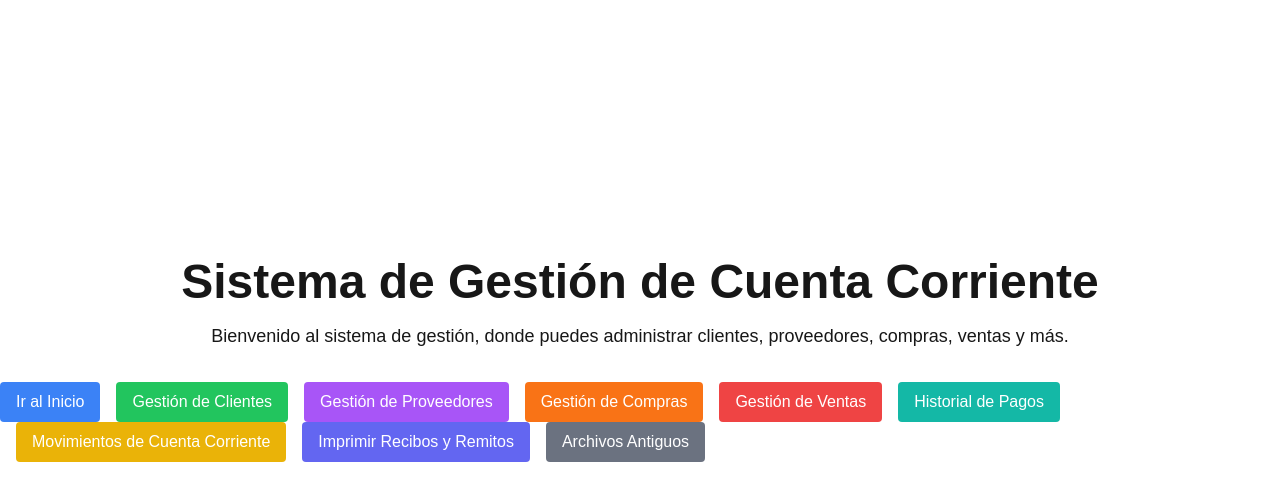
Repository: manucavallera/Sistema-Gestion
Page: /
The author's editor kept a copy of each file at every save. The page is drawn from the files as they stood at one save, then again after the next save.
The browser window is 1280 px wide. The pictures show the whole page.
The project was rebuilt for these pictures with package versions that can differ from the ones it lists, and the page was loaded fresh each time. The framework's server and built-in components were replaced by stand-ins that run in the browser. Also part of the build but not shown: next.config.mjs.

Above is the page before, as saved 2024-11-13 19:34:25.

After the next save:
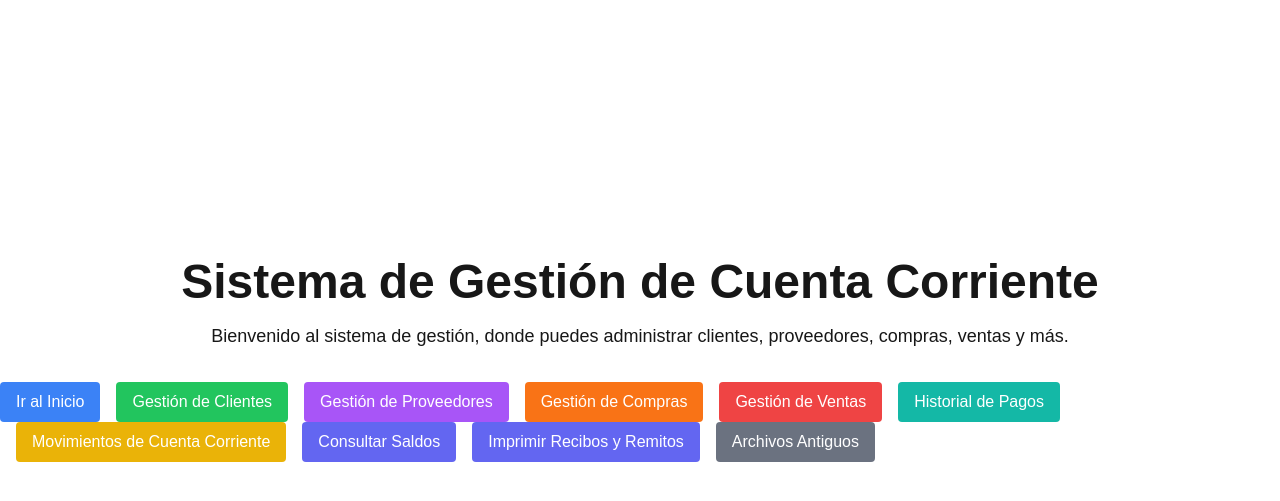
Saved 60 s later.
--- a/src/app/page.tsx
+++ b/src/app/page.tsx
@@ -53,6 +53,12 @@ const HomePage = () => {
             Movimientos de Cuenta Corriente
           </button>
         </Link>
+        {/* Enlace a la gestión de saldos */}
+        <Link href='/saldos'>
+          <button className='px-4 py-2 ml-4 text-white bg-indigo-500 rounded hover:bg-indigo-600'>
+            Consultar Saldos
+          </button>
+        </Link>
         {/* Enlace a la impresión de recibos y remitos */}
         <Link href='/imprimir'>
           <button className='px-4 py-2 ml-4 text-white bg-indigo-500 rounded hover:bg-indigo-600'>
